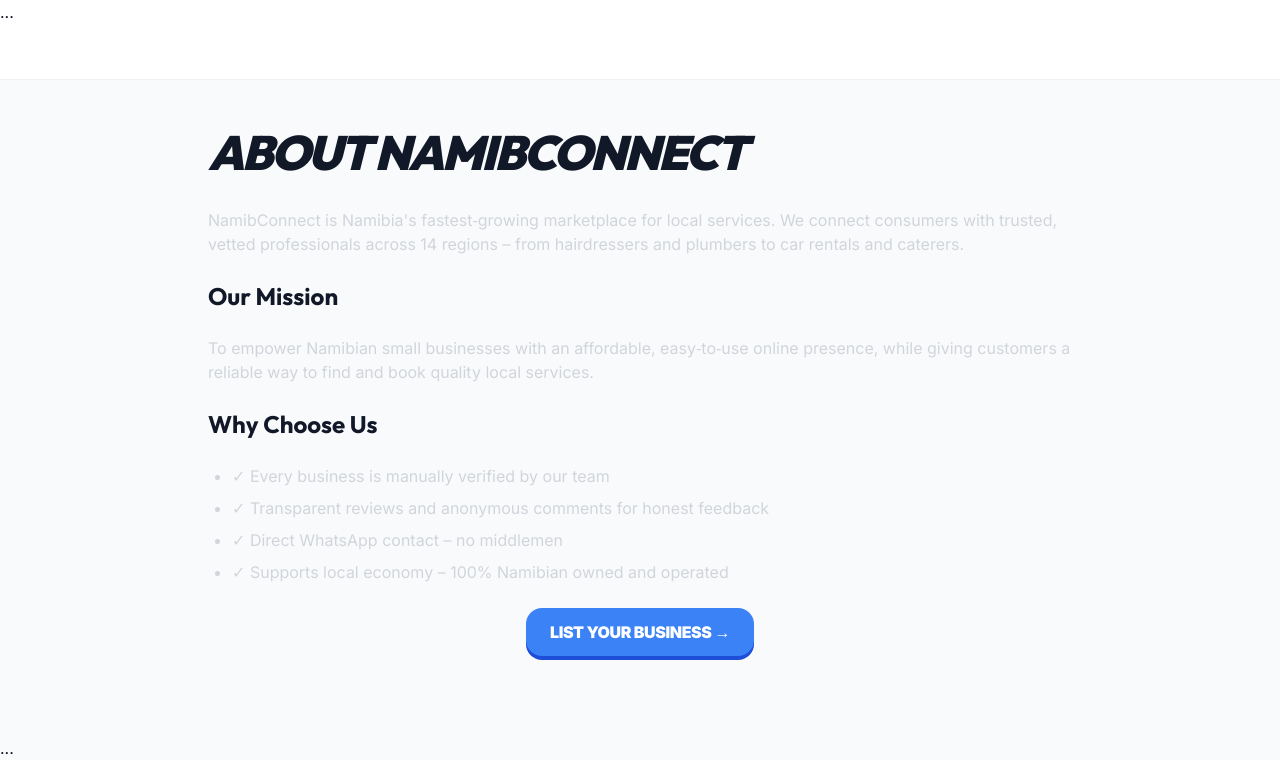
Repository: Paavo12/Localink
Page: frontend/about.html
An editor plug-in stored every save of this project. The page is shown before and after the next save, followed by the edit.
The browser window is 1280 px wide. The pictures show the whole page.
Some web libraries are served in a nearby version.

Above is the page before, as saved 2026-06-11 15:50:27.

### frontend/about.html
<!DOCTYPE html>
<html lang="en">
<head>
  <meta charset="UTF-8">
  <title>About – NamibConnect</title>
  <script src="https://cdn.tailwindcss.com"></script>
  <link rel="stylesheet" href="styles.css">
  <script src="script.js" defer></script>
</head>
<body class="bg-[var(--bg-main)] text-[var(--text-main)]">

  <nav class="fixed top-0 left-0 right-0 z-50 glass-nav h-20">...</nav>

  <main class="pt-32 pb-20 max-w-4xl mx-auto px-4">
    <h1 class="text-5xl font-black uppercase italic tracking-tighter mb-8">About NamibConnect</h1>
    <div class="prose prose-invert max-w-none space-y-6 text-gray-300">
      <p>NamibConnect is Namibia's fastest‑growing marketplace for local services. We connect consumers with trusted, vetted professionals across 14 regions – from hairdressers and plumbers to car rentals and caterers.</p>
      <h2 class="text-2xl font-bold text-[var(--text-main)] mt-8">Our Mission</h2>
      <p>To empower Namibian small businesses with an affordable, easy‑to‑use online presence, while giving customers a reliable way to find and book quality local services.</p>
      <h2 class="text-2xl font-bold text-[var(--text-main)] mt-8">Why Choose Us</h2>
      <ul class="list-disc pl-6 space-y-2">
        <li>✓ Every business is manually verified by our team</li>
        <li>✓ Transparent reviews and anonymous comments for honest feedback</li>
        <li>✓ Direct WhatsApp contact – no middlemen</li>
        <li>✓ Supports local economy – 100% Namibian owned and operated</li>
      </ul>
      <div class="mt-12 text-center"><a href="checkout.html" class="btn-primary">List Your Business →</a></div>
    </div>
  </main>

  <footer>...</footer>
</body>
</html>

### frontend/styles.css
/* styles.css – full with dark mode */
@import url('https://fonts.googleapis.com/css2?family=Inter:opsz,wght@14..32,100..900&family=Outfit:wght@100..900&display=swap');

:root {
  --bg-main: #F9FAFB;
  --text-main: #111827;
  --card-bg: #FFFFFF;
  --border-main: rgba(0,0,0,0.05);
  --accent-color: #3b82f6;
}
.dark {
  --bg-main: #0a0c10;
  --text-main: #F9FAFB;
  --card-bg: #161b22;
  --border-main: #30363d;
}
body {
  background-color: var(--bg-main);
  color: var(--text-main);
  transition: background-color 0.3s, color 0.3s;
  font-family: 'Inter', sans-serif;
}
h1, h2, h3, h4, h5, h6 {
  font-family: 'Outfit', sans-serif;
}
.glass-nav {
  background-color: var(--card-bg);
  border-bottom: 1px solid var(--border-main);
  backdrop-filter: blur(12px);
}
.bold-search {
  display: flex;
  align-items: center;
  background-color: var(--card-bg);
  border: 2px solid var(--border-main);
  border-radius: 1.5rem;
  box-shadow: 8px 8px 0 0 rgba(59,130,246,0.1);
  transition: all 0.2s;
}
.bold-search:focus-within {
  box-shadow: 12px 12px 0 0 rgba(59,130,246,0.15);
}
.btn-primary {
  background-color: var(--accent-color);
  color: white;
  padding: 0.75rem 1.5rem;
  border-radius: 1rem;
  font-weight: 900;
  text-transform: uppercase;
  letter-spacing: -0.025em;
  transition: all 0.2s;
  box-shadow: 0 4px 0 0 #1d4ed8;
  display: inline-block;
  text-align: center;
}
.btn-primary:hover {
  background-color: #2563eb;
  transform: translateY(-1px);
}
.btn-secondary {
  background-color: var(--card-bg);
  border: 2px solid var(--border-main);
  color: var(--text-main);
  padding: 0.75rem 1.5rem;
  border-radius: 1rem;
  font-weight: 900;
  text-transform: uppercase;
  transition: all 0.2s;
  box-shadow: 0 4px 0 0 var(--text-main);
  display: inline-block;
  text-align: center;
}
.shadow-neon {
  box-shadow: 0 0 15px rgba(59,130,246,0.5);
}
.badge-verified {
  background-color: rgba(59,130,246,0.1);
  color: var(--accent-color);
  font-size: 0.625rem;
  font-weight: 900;
  padding: 0.25rem 0.5rem;
  border-radius: 9999px;
  text-transform: uppercase;
  letter-spacing: 0.05em;
}
.transition-all {
  transition-property: all;
  transition-timing-function: cubic-bezier(0.4, 0, 0.2, 1);
  transition-duration: 0.2s;
}
.quote-form input, .quote-form textarea {
  background-color: var(--bg-main);
  border: 1px solid var(--border-main);
  border-radius: 1rem;
  padding: 0.75rem 1rem;
  color: var(--text-main);
  font-weight: 500;
  width: 100%;
}
.quote-form input:focus, .quote-form textarea:focus {
  outline: none;
  border-color: var(--accent-color);
}
input[type="time"] {
  appearance: none;
  -webkit-appearance: none;
  background-color: var(--bg-main);
  color: var(--text-main);
  border: 1px solid var(--border-main);
  border-radius: 0.75rem;
  padding: 0.5rem;
  font-family: inherit;
}
input[type="time"]::-webkit-calendar-picker-indicator {
  filter: invert(0.5);
  cursor: pointer;
}
.dark input[type="time"]::-webkit-calendar-picker-indicator {
  filter: invert(1);
}

Loaded but not shown: frontend/script.js (477 lines, source omitted)

After the next save:
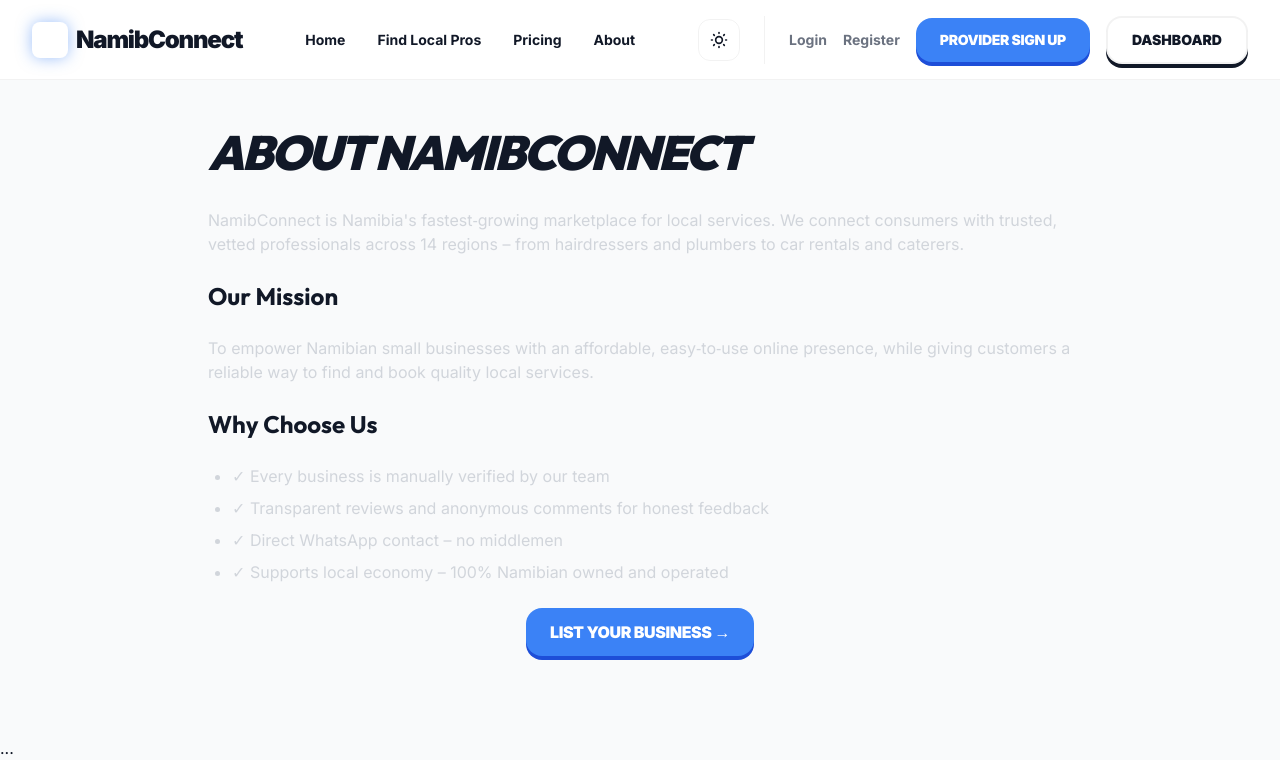
Saved 54 s later.
--- a/frontend/about.html
+++ b/frontend/about.html
@@ -9,7 +9,52 @@
 </head>
 <body class="bg-[var(--bg-main)] text-[var(--text-main)]">
 
-  <nav class="fixed top-0 left-0 right-0 z-50 glass-nav h-20">...</nav>
+<nav class="fixed top-0 left-0 right-0 z-50 glass-nav h-20">
+  <div class="max-w-7xl mx-auto px-4 sm:px-6 lg:px-8 h-full">
+    <div class="flex justify-between h-full items-center">
+      <a href="index.html" class="flex items-center gap-2 group">
+        <div class="w-9 h-9 bg-accent rounded-lg flex items-center justify-center transition-transform group-hover:rotate-12 shadow-neon">
+          <span class="text-white font-display font-black text-xl">N</span>
+        </div>
+        <span class="font-display font-black text-2xl tracking-tighter text-[var(--text-main)]">NamibConnect</span>
+      </a>
+      <div class="hidden md:flex items-center gap-8">
+        <a href="index.html" class="text-sm font-bold HOME_CLASS">Home</a>
+        <a href="search.html" class="text-sm font-bold SEARCH_CLASS">Find Local Pros</a>
+        <a href="pricing.html" class="text-sm font-bold PRICING_CLASS">Pricing</a>
+        <a href="about.html" class="text-sm font-bold ABOUT_CLASS">About</a>
+      </div>
+      <div class="hidden md:flex items-center gap-6">
+        <button id="themeToggle" class="p-2.5 rounded-xl border border-[var(--border-main)] text-[var(--text-main)] hover:bg-[var(--border-main)] transition-all">
+          <svg class="w-5 h-5 dark:hidden" fill="none" stroke="currentColor" viewBox="0 0 24 24"><path stroke-linecap="round" stroke-linejoin="round" stroke-width="2" d="M12 3v1m0 16v1m9-9h-1M4 12H3m15.364 6.364l-.707-.707M6.343 6.343l-.707-.707m12.728 0l-.707.707M6.343 17.657l-.707.707M16 12a4 4 0 11-8 0 4 4 0 018 0z"></path></svg>
+          <svg class="w-5 h-5 hidden dark:block" fill="none" stroke="currentColor" viewBox="0 0 24 24"><path stroke-linecap="round" stroke-linejoin="round" stroke-width="2" d="M20.354 15.354A9 9 0 018.646 3.646 9.003 9.003 0 0012 21a9.003 9.003 0 008.354-5.646z"></path></svg>
+        </button>
+        <div class="flex items-center gap-4 border-l border-[var(--border-main)] pl-6">
+          <a href="login.html" class="text-sm font-bold text-gray-500 hover:text-[var(--text-main)] transition-colors">Login</a>
+          <a href="register.html" class="text-sm font-bold text-gray-500 hover:text-[var(--text-main)] transition-colors">Register</a>
+          <a href="register-provider.html" class="btn-primary text-sm">Provider Sign Up</a>
+          <a href="dashboard.html" class="btn-secondary text-sm">Dashboard</a>
+        </div>
+      </div>
+      <div class="md:hidden">
+        <button id="mobileMenuBtn" class="p-2">
+          <svg class="w-6 h-6" fill="none" stroke="currentColor" viewBox="0 0 24 24"><path stroke-linecap="round" stroke-linejoin="round" stroke-width="2" d="M4 6h16M4 12h16M4 18h16"></path></svg>
+        </button>
+      </div>
+    </div>
+  </div>
+  <div id="mobileMenu" class="hidden md:hidden bg-[var(--card-bg)] border-t border-[var(--border-main)]">
+    <div class="px-4 py-6 space-y-4">
+      <a href="search.html" class="block text-lg font-medium">Find Services</a>
+      <a href="pricing.html" class="block text-lg font-medium">Pricing</a>
+      <a href="about.html" class="block text-lg font-medium">About</a>
+      <a href="login.html" class="block text-lg font-medium">Login</a>
+      <a href="register.html" class="block text-lg font-medium">Register</a>
+      <a href="register-provider.html" class="block text-lg font-medium text-accent font-bold">Provider Sign Up</a>
+      <a href="dashboard.html" class="block btn-primary text-center">Dashboard</a>
+    </div>
+  </div>
+</nav>
 
   <main class="pt-32 pb-20 max-w-4xl mx-auto px-4">
     <h1 class="text-5xl font-black uppercase italic tracking-tighter mb-8">About NamibConnect</h1>
